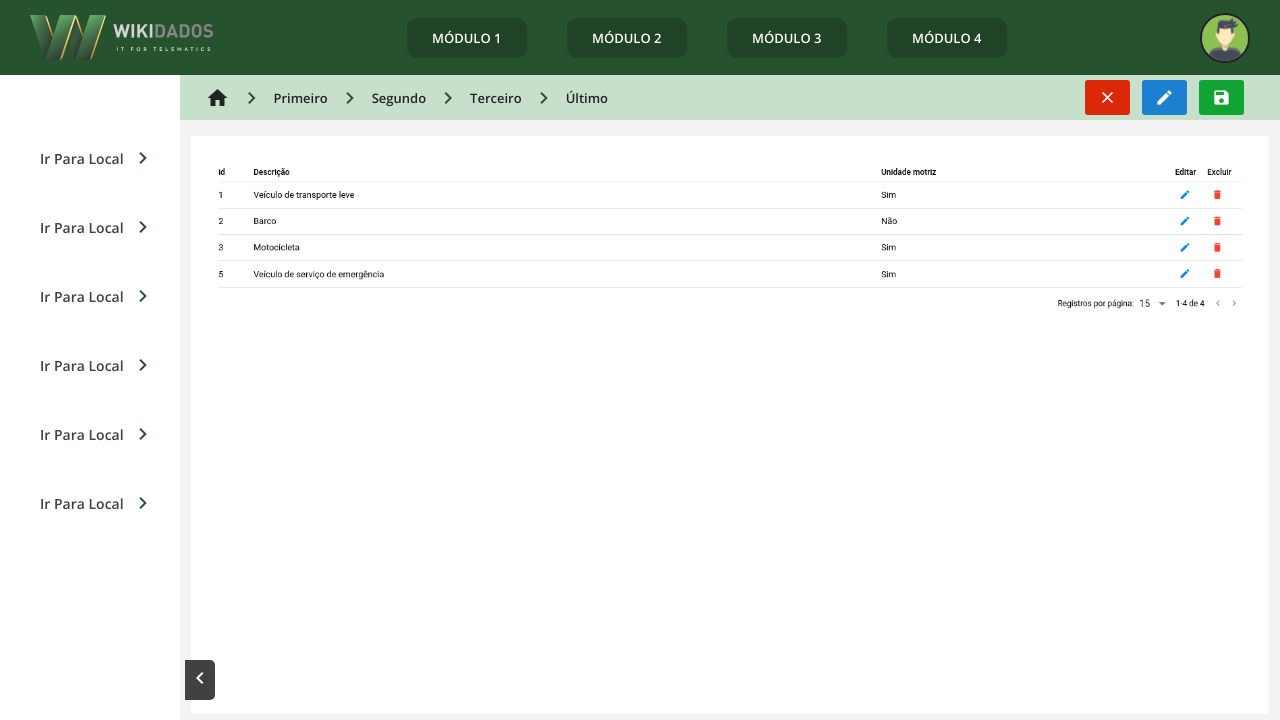
Repository: AlexDjon/alexdjon.github.io
Page: wiki-relayout/index.html
These files come from the project's save history. The page is drawn as it stood at one moment and after the next save; the edit follows.
The browser window is 1280 px wide. The pictures show the whole page.

Above is the page before, as saved 2020-08-12 17:06:17.

### wiki-relayout/index.html
<!DOCTYPE html>
<html lang="pt-br">

<head>
  <meta charset="UTF-8">
  <meta name="viewport" content="width=device-width, initial-scale=1.0">
  <title>Wiki - Relayout</title>

  <link rel="shotcut icon" href="https://wikidados.com.br/assets/wiki/img/logos/favicon.ico">
  <link href="https://fonts.googleapis.com/icon?family=Material+Icons" rel="stylesheet">
  <link href="https://fonts.googleapis.com/css2?family=Open+Sans:wght@400;600;700&display=swap" rel="stylesheet">
  <link rel="stylesheet" href="css/styles.css">
</head>

<body>
  <header class="cabecalho">
    <img src="img/logo.svg" alt="Logo Wiki" class="logo">

    <div class="modulos">
      <button>Módulo 1</button>
      <button>Módulo 2</button>
      <button>Módulo 3</button>
      <button>Módulo 4</button>
    </div>

    <button class="user">
    </button>
  </header>

  <aside class="areas">
    <ul>
      <li><i class="material-icons">donut_large</i> Editar perfil</li>
      <li><i class="material-icons">grade</i> Favoritos</li>
      <li><i class="material-icons">history</i> Histórico</li>
      <li><i class="material-icons">power_settings_new</i> Sair</li>
    </ul>
  </aside>

  <main class="conteudo">
    <nav class="navbar">
      <ul class="menu">
        <li>Ir para local <i class="material-icons">chevron_right</i></li>
        <li>Ir para local <i class="material-icons">chevron_right</i></li>
        <li>Ir para local <i class="material-icons">chevron_right</i></li>
        <li>Ir para local <i class="material-icons">chevron_right</i></li>
        <li>Ir para local <i class="material-icons">chevron_right</i></li>
        <li>Ir para local <i class="material-icons">chevron_right</i></li>
      </ul>

      <button class="close">
        <i class="material-icons">chevron_left</i>
      </button>
    </nav>

    <div class="meio">
      <div class="barra">
        <ul class="caminho">
          <li>
            <i class="material-icons">home</i>
          </li>
          <li id="separator">
            <i class="material-icons">chevron_right</i>
          </li>
          <li>
            Primeiro
          </li>
          <li id="separator">
            <i class="material-icons">chevron_right</i>
          </li>
          <li>
            Segundo
          </li>
          <li id="separator">
            <i class="material-icons">chevron_right</i>
          </li>
          <li>
            Terceiro
          </li>
          <li id="separator">
            <i class="material-icons">chevron_right</i>
          </li>
          <li>
            Último
          </li>
        </ul>

        <div class="list-buttons">
          <button>
            <i class="material-icons">close</i>
          </button>
          <button>
            <i class="material-icons">edit</i>
          </button>
          <button>
            <i class="material-icons">save</i>
          </button>
        </div>
      </div>

      <div class="viewer">
        <img src="img/tabela-exemplo.png" alt="Tabela">
      </div>
    </div>

  </main>

  <script src="js/scripts.js"></script>
</body>

</html>

### wiki-relayout/css/styles.css
* {
  padding: 0;
  margin: 0;
  font-weight: 100%;
  font-family: 'Open Sans', sans-serif;
  border: 0;
  outline: 0;
  box-sizing: border-box;
}

body {
  background: #f3f3f3;
}

:root {
  --verdeW: #26522e;
  --verdeW2: #204226;
  --verdeW-semi: #c6e0cc;
  --verde: #32a852;
  --black: #232323;
  --black2: #414141;
  --white: #ffffff;
  --grey: #3b3b3b;
  --shadow: -4px 4px 8px 0px rgba(10, 10, 10, 0.27);
  --cabecalhoY: 75px;
  --barrY: 45px;
}

/* CABECALHO */
.cabecalho {
  width: 100%;
  height: var(--cabecalhoY);
  background: var(--verdeW);
  padding: 10px 30px;
  display: flex;
  justify-content: space-between;
  align-items: center;
}

.cabecalho .logo {
  height: 45px;
  filter: grayscale(0);
}

.cabecalho .modulos {
  display: flex;
}
.cabecalho .modulos button {
  margin: 0 20px;
  width: 120px;
  height: 40px;
  border-radius: 10px;
  background-color: var(--verdeW2);
  color: var(--white);
  font-size: 13px;
  text-transform: uppercase;
  font-weight: 600;
  cursor: pointer;
  transition: filter 0.3s;
}
.cabecalho .modulos button:hover {
  filter: brightness(90%);
}
.cabecalho .user {
  height: 50px;
  width: 50px;
  border-radius: 50%;
  border: solid 2px var(--black);

  background-image: url(../img/avatar1.png);
  background-size: cover;
  background-position: center center;

  cursor: pointer;
}

/* AREAS */
.areas {
  display: none;
  min-width: 180px;
  position: absolute;
  top: var(--cabecalhoY);
  right: 0;
  background-color: var(--white);
  box-shadow: var(--shadow);
}
.areas.ativo {
  display: block;
}
.areas ul {
  list-style: none;
  padding: 10px 20px 10px 40px;
}
.areas ul li {
  margin: 17px 0;
  font-size: 15px;
  color: var(--black2);

  display: flex;
  justify-content: flex-start;
  align-items: center;
  transition: color 0.3s;
  cursor: pointer;
}
.areas ul li:hover {
  color: var(--black);
}
.areas ul li i {
  margin-right: 8px;
  font-size: 17px;
  color: var(--verdeW);
}


/* NAVBAR */
.navbar {
  width: 210px;
  height: calc(100vh - var(--cabecalhoY));
  background: var(--white);
  /* border-bottom: solid 20px var(--verdeW); */
}
.navbar.ativo {
  width: 0;
}
.navbar .menu {
  padding: 50px 0 50px 30px;
  display: flex;
  flex-direction: column;
  justify-content: flex-start;
  align-items: flex-start;
  list-style: none;
}
.navbar .menu li {
  margin: 14px 0;
  text-transform: capitalize;
  font-weight: 600;
  color: var(--black2);
  font-size: 14px;
  padding: 7px 3px 10px 10px;
  /* border-bottom: solid 1px var(--white);
  border-radius: 0 0 5px 0; */

  display: flex;
  justify-content: space-between;
  align-items: center;

  cursor: pointer;
}
.navbar .menu li i {
  margin-left: 7px;
  color: var(--black2);
}
.navbar .menu li i {
  color: var(--verdeW);
}
.navbar .close {
  position: absolute;
  bottom: 20px;
  width: 30px;
  border-radius: 0 5px 5px 0;
  height: 40px;
  background: var(--black2);
  left: 184.92px;
  margin: 0;
  cursor: pointer;
  transition: filter 0.3s;
}
.navbar .close:hover {
  filter: brightness(110%);
}
.navbar .close i {
  color: var(--white);
}


/* CONTEUDO */
.conteudo {
  width: 100%;
  height: calc(100vh - var(--cabecalhoY));

  display: flex;
}

.meio {
  width: 100%;
  display: flex;
  flex-direction: column;
}

.meio .barra {
  width: 100%;
  height: var(--barrY);
  padding: 0 20px;
  margin-bottom: 10px;
  background-color: var(--verdeW-semi);
  display: flex;
  justify-content: space-between;
  align-items: center;
}
/*
.meio .barra div#separator span i {
  margin: 0 5px;
  color: var(--verdeW);
} */
.meio .barra .caminho {
  height: var(--barrY);
  display: flex;
  align-items: center;
  list-style: none;
}
.meio .barra .caminho li {
  height: var(--barrY);
  margin: 0 5px;
  font-size: 13px;
  font-weight: 600;
  color: var(--black);
  display: flex;
  align-items: center;
}
.meio .barra .caminho li:not(#separator) {
  cursor: pointer;
}

.meio .barra .caminho li#separator {
  color: var(--verdeW);
}

.list-buttons {
  margin: 0 10px;
  display: flex;
}
.list-buttons button {
  height: 35px;
  width: 45px;
  margin: 0 6px 0 6px;
  border-radius: 3px;
  display: flex;
  justify-content: center;
  align-items: center;
  /* border: solid 1px var(--white); */
  background: var(--verdeW2);
  cursor: pointer;
}
.list-buttons button i {
  font-size: 19px;
  color: var(--white);
}
.list-buttons button:nth-child(1) {
  background: #db2809;
}
.list-buttons button:nth-child(2) {
  background: #1d7fcf;
}
.list-buttons button:nth-child(3) {
  background: #11a333;
}

/* VIEWER */
.viewer {
  width: 98%;
  margin: 6px 1%;
  padding: 20px;
  height: calc(100vh - calc(var(--cabecalhoY) + var(--barrY)) - 12px);
  background-color: var(--white);
  display: flex;
  justify-content: center;
  align-items: flex-start;
}

.viewer img {
  width: 100%;
}

### wiki-relayout/js/scripts.js
function getItem (info) {
  return document.querySelector(info)
}

getItem('.user').addEventListener('click', () => {
  getItem('.areas').classList.toggle('ativo')
})

getItem('.navbar .close').addEventListener('click', function () {

  getItem('.navbar').classList.toggle('ativo')

  const thisIcon = (context, value, action = 'get') => {
    if (action == 'get') {
      return context.firstElementChild
    }
    else if (action == 'change') {
      context.firstElementChild.textContent = value
    }
  }

  const icon = thisIcon(this).textContent

  if (icon === 'chevron_left') {
    this.style.left = '0px'
    thisIcon(this, 'chevron_right', 'change')
  }
  else {
    this.style.left = '184.92px'
    thisIcon(this, 'chevron_left', 'change')
  }
})

After the next save:
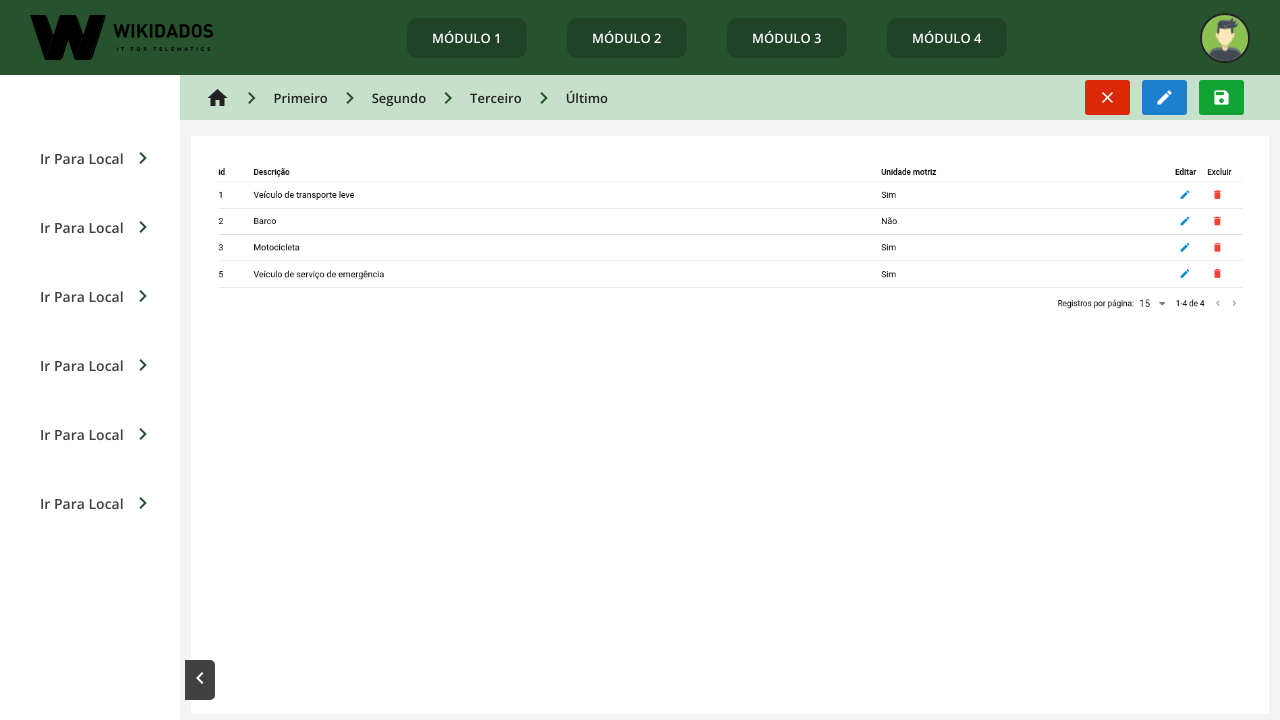
Saved 42 s later.
--- a/wiki-relayout/css/styles.css
+++ b/wiki-relayout/css/styles.css
@@ -39,7 +39,7 @@
 
 .cabecalho .logo {
   height: 45px;
-  filter: grayscale(0);
+  filter: brightness(0%);
 }
 
 .cabecalho .modulos {

After the 2 saves that followed:
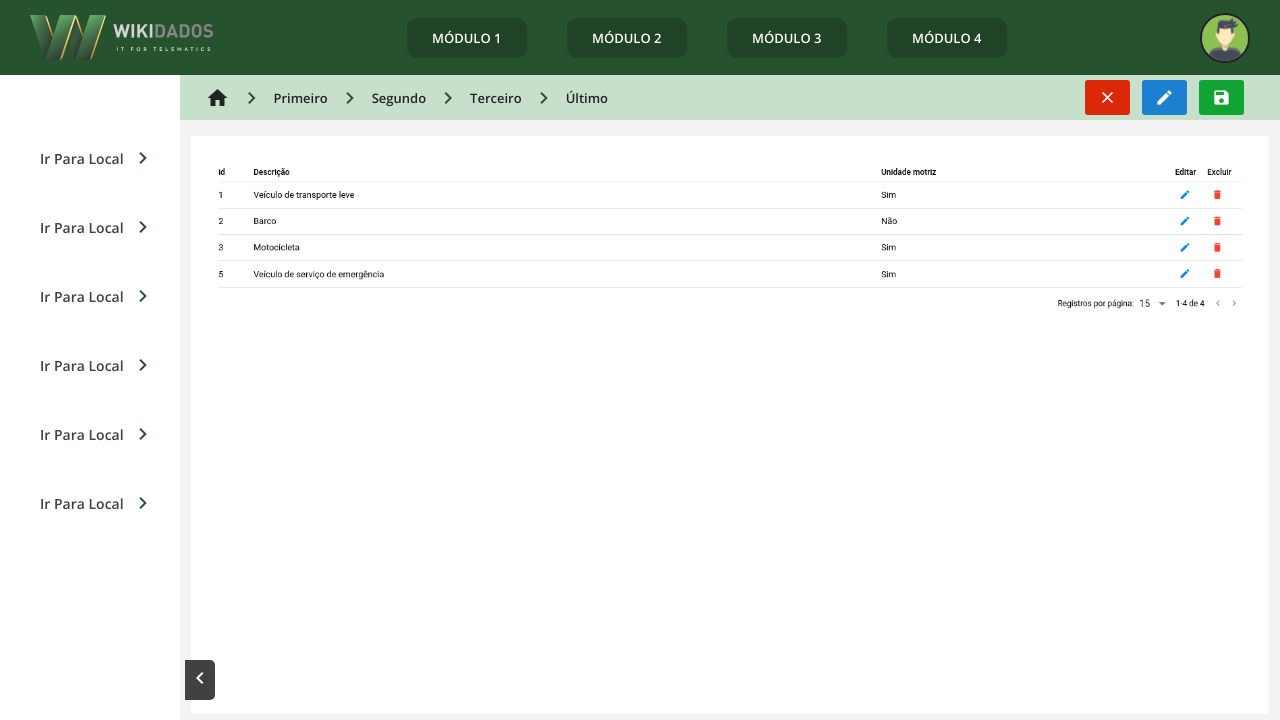
The 2 saves are shown as one change because they came seconds apart.
The last was saved 10 s later.
--- a/wiki-relayout/css/styles.css
+++ b/wiki-relayout/css/styles.css
@@ -39,7 +39,7 @@
 
 .cabecalho .logo {
   height: 45px;
-  filter: brightness(0%);
+  filter: sepia(0%);
 }
 
 .cabecalho .modulos {
